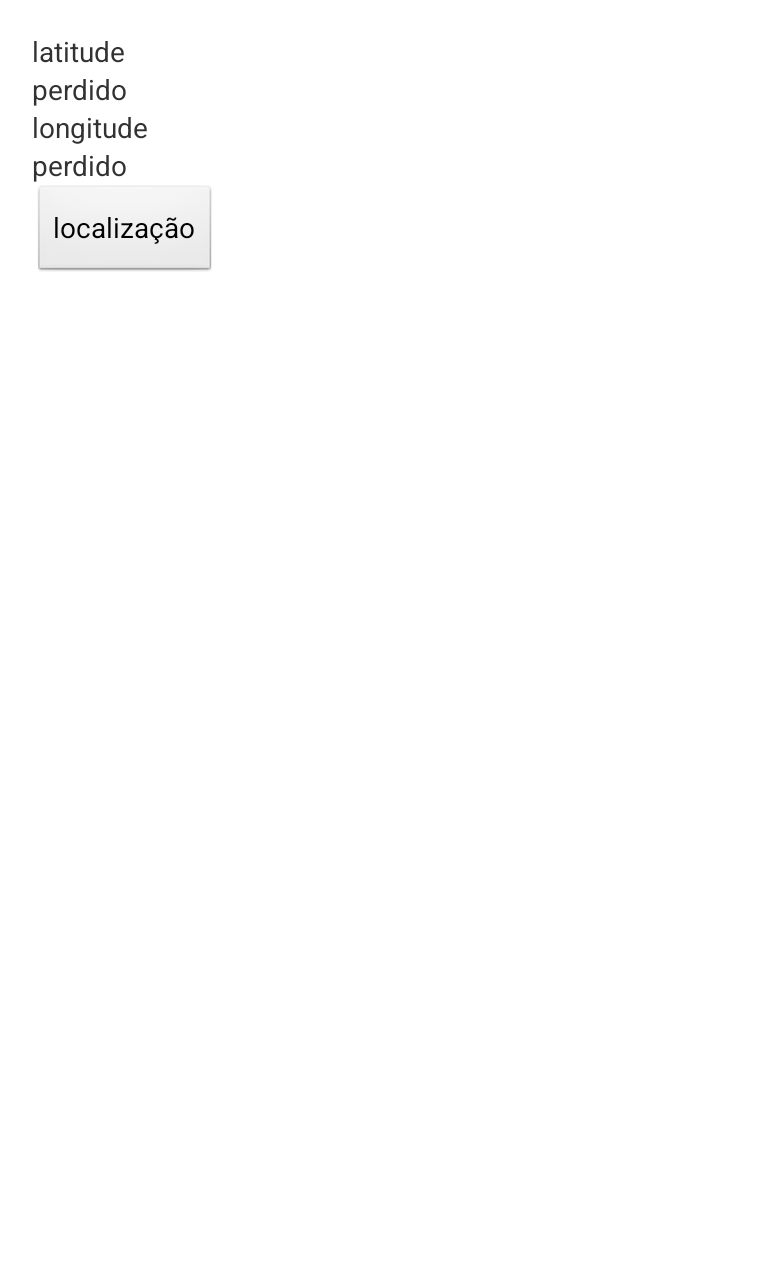
Repository: EcoviasPortugal/Android
Layout: EcoviasDePortugal/res/layout/activity_main_xml.xml
These files come from the project's save history. The layout is drawn as it stood at one moment and after the next save; the edit follows.
It is drawn on a 768 x 1280 px phone screen (xhdpi) without system bars, with theme AppTheme; the app's code is not run.

Above is the layout before, as saved 2014-01-13 12:03:45.

After the next save:
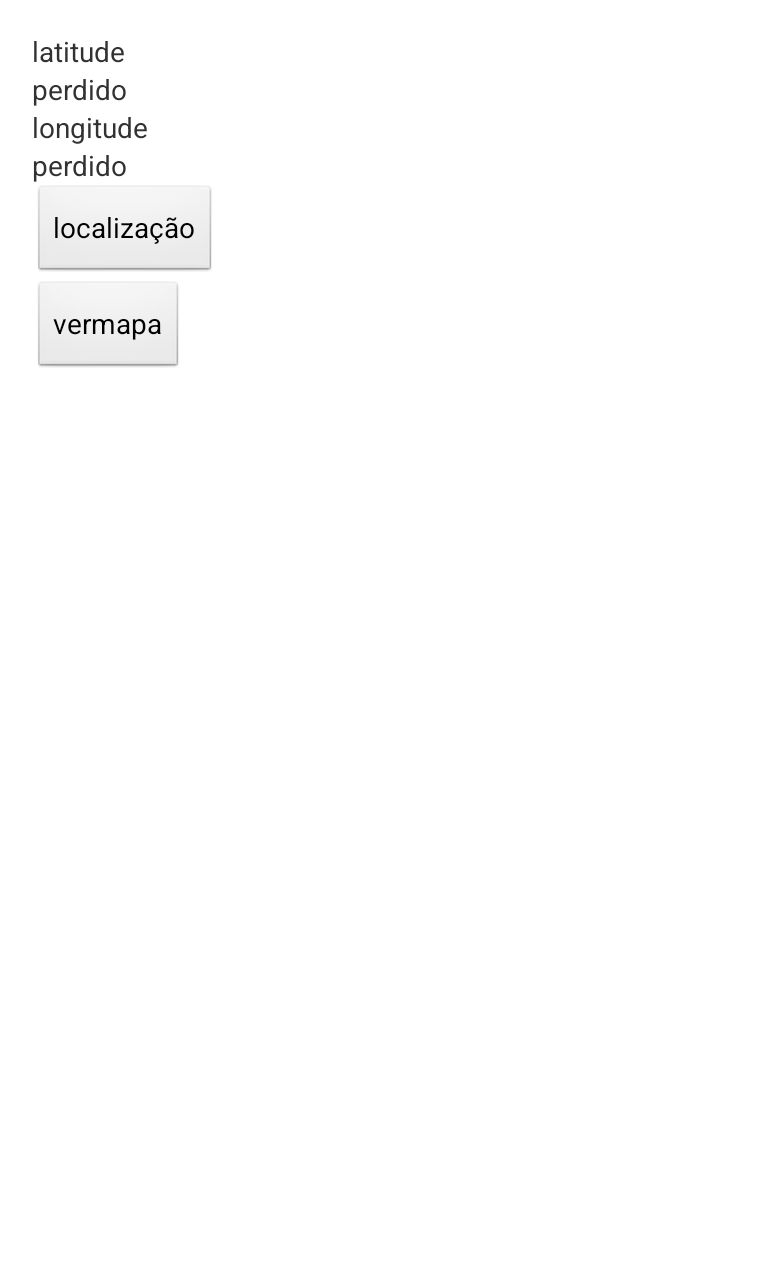
Saved 70 s later.
--- a/EcoviasDePortugal/res/layout/activity_main_xml.xml
+++ b/EcoviasDePortugal/res/layout/activity_main_xml.xml
@@ -42,4 +42,10 @@
         android:layout_height="wrap_content"
         android:text="@string/buttonloc" />
 
+    <Button
+        android:id="@+id/vermapa"
+        android:layout_width="wrap_content"
+        android:layout_height="wrap_content"
+        android:text="@string/vermapa" />
+
 </LinearLayout>
